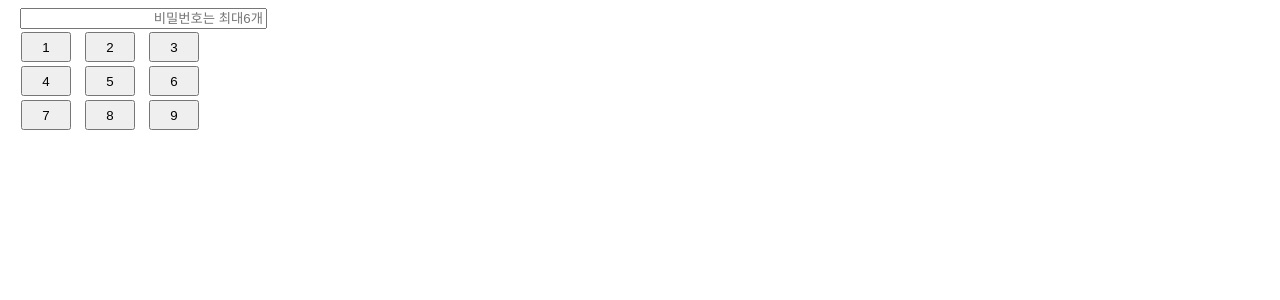
Repository: JungYOsup/Mini_project
Page: http://localhost/EsCape_Room/result_form.jsp
The author's editor kept a copy of each file at every save. The page is drawn from the files as they stood at one save, then again after the next save.
The browser window is 1280 px wide. The pictures show the whole page.
The page is served by Tomcat 9.

Above is the page before, as saved 2018-01-15 09:01:40.

After the next save:
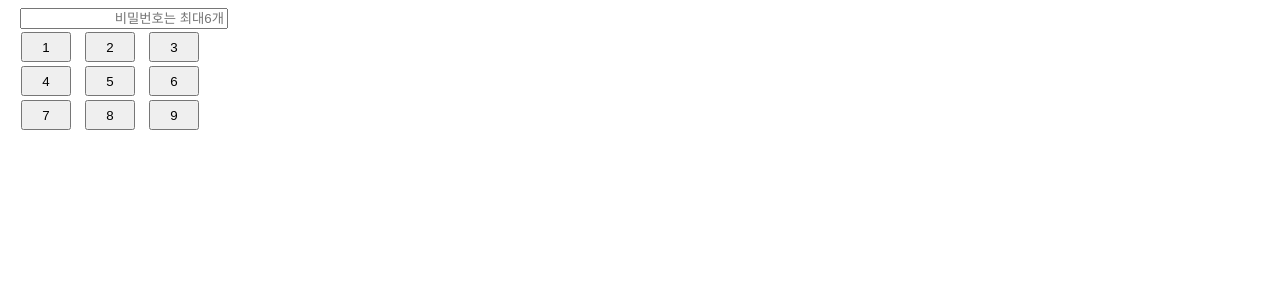
Saved 19 s later.
--- a/EsCape_Room/WebContent/result_form.jsp
+++ b/EsCape_Room/WebContent/result_form.jsp
@@ -29,7 +29,7 @@ table input{
 }
 #input{
 	margin-left:12px;
-	width: 239px;
+	width: 200px;
 	text-align: right;
 }
 
